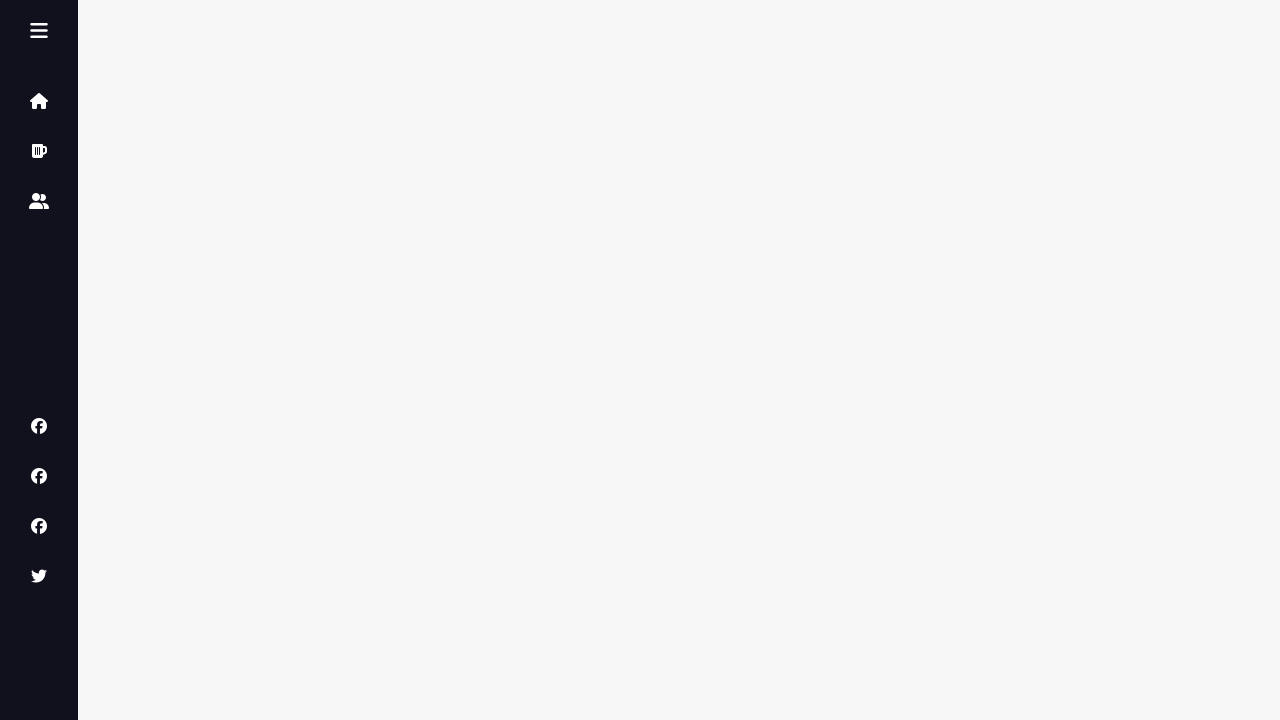
Repository: Nic98/MilkTeaWebsite
Page: mywebsite.html
The author's editor kept a copy of each file at every save. The page is drawn from the files as they stood at one save, then again after a run of saves.
The browser window is 1280 px wide. The pictures show the whole page.
Some web libraries are served in a nearby version.

Above is the page before, as saved 2024-05-28 23:06:13.

### mywebsite.html
<!DOCTYPE html>
<html lang="en">
<head>
  <meta charset="UTF-8">
  <meta name="viewport" content="width=device-width, initial-scale=1.0">
  <link rel="stylesheet" href="mywebsite.css">
  <script src="https://kit.fontawesome.com/2dbcf482c2.js" crossorigin="anonymous"></script>
  <!-- <script src="/sidebar.js"></script> -->
  <title>ComeBuyBooze</title>

</head>
<body>

  <!-- sidebar implementation -->
  <div class="sidebar workspace--flexchild1">
    <div class="logo_content">
        <div class="logo">
            <dive class="logo_name"> ComeBuyBooze </dive>
            <i class="fas fa-bars" id="btn"></i>
        </div>
    </div>

    <ul class="nav_list">
        <li>
            <a href="#">
                <i class="fas fa-home"></i>
                <span class="links_name">ComeBack</span>
            </a>
            <span class = "tooltip">ComeBack</span>
        </li>

        <li>
            <a href="#">
              <i class="fa-solid fa-beer-mug-empty"></i>
                <span class="links_name">Boozz</span>
            </a>
            <span class = "tooltip">Boozz</span>
        </li>

        <li>
          <a href="#">
              <i class="fas fa-user-friends"></i>
              <span class="links_name">Contact us</span>
          </a>
          <span class = "tooltip">Contacts us</span>
      </li>
    </ul>

    <ul class="contact_list">
      <li>
        <a href="#">
          <i class="fa-brands fa-facebook"></i>
        </a>
      </li>
      <li>
        <a href="#">
          <i class="fa-brands fa-facebook"></i>
        </a>
      </li>
      <li>
        <a href="#">
          <i class="fa-brands fa-facebook"></i>
        </a>
      </li>
      <li>
        <a href="#">
          <i class="fa-brands fa-twitter"></i>
        </a>
      </li>
    </ul>



</div>














  <script>
    let btn = document.querySelector("#btn");
    let sidebar = document.querySelector(".sidebar");

    btn.onclick = function() {
        sidebar.classList.toggle("active");
    }
  </script>
</body>
</html>

### mywebsite.css
@import url('https://fonts.googleapis.com/css2?family=Poppins:wght@200;300;400;500;600;700&display=swap');

body{
    margin: 0;
    font-family: "Poppins", sans-serif;
}

.flexbox{
    display: flex;
}

.columnflex{
    display: flex;
    flex-direction: column;
    justify-content: center;
}

#btn{
    cursor: pointer;
}

.btn--line{
    border: solid;
    border-width: 1px;
    color: white;
    background: none;
    border-radius: 50px;
    padding: 10px;
    padding-left: 20px;
    padding-right:20px;
    font-size: 18px;
    cursor: pointer;
}

.btn--solid{
    border: solid;
    border-width: 1px;
    border-radius: 50px;
    padding: 10px;
    padding-left: 20px;
    padding-right: 20px;
    font-size: 18px;
    cursor: pointer;
}

.btn--noborder{
    border: none;
    background: none;
}

.font--title{
    font-size: 30px;
}

.font--bold{
    font-weight: bolder;
}

.font--largrsize{
    font-size: 18px;
}

.login--input{
    border: solid 1px gray;
    font-size: 14px;
    padding: 8px;
    padding-left: 14px;
    width: 100%;
    border-radius: 50px;
    margin-top: 20px;
    box-sizing: border-box;
    box-shadow: 1px 1px 1px gray;
}

.btn--solid>*{
    text-decoration: none;
    color: white;
}

.btn--solid>*:hover{
    color: white;
    transition-duration: 0.5s;
}

:root{
  --lightgray: #F7F7F7;
  --darkblue: #032444;
}

*{
  margin:0;
  padding:0;
  box-sizing: border-box;
}

body {
  background-color: #F7F7F7;
  position: relative;
  min-height: 100vh;
  width: 100%;
  overflow:hidden;
}

/* sidebar */

.nav_list {
  padding-inline-start: 0%;
  list-style-type: none;
}

.sidebar {
  height:100%;
  position:absolute;
  top:0;
  left:0;
  width:78px;
  background-color: #11101d;
  padding:6px 14px;
  transition: all 0.5s ease;
}

.sidebar.active{
  width:240px;
}

.sidebar .logo_content .logo {
  color: #fff;
  display: flex;
  height: 50px;
  width: 100%;
  align-items: center;
  transition: all 0.5s ease;

}

.logo_content .logo i {
  font-size: 28px;
  margin-right: 5px;
}

.logo_content .logo .logo_name {
  font-size: 20px;
  font-weight: 400;
}

.sidebar #btn {
  color: #fff;
  position:absolute;
  left: 50%;
  top:6px;
  font-size: 20px;
  height:50px;
  width:50px;
  text-align: center;
  line-height: 50px;
  transform: translateX(-50%);
}

.sidebar.active #btn{
  left: 90%;
}

.sidebar ul {
  margin-top: 20px;

}
.sidebar ul li {
  list-style: none;
  height: 50px;
  width:100%;
  position:relative;
  margin: 0 0px;
  line-height: 50px;
}

.sidebar ul li .tooltip{
  position: absolute;
  left:122px;
  top:10%;
  transform: translate(-50%, -50%);
  text-align: center;
  border-radius: 6px;
  height:35px;
  width:122px;
  background: #fff;
  line-height: 35px;
  box-shadow: 0 5px 10px rgba(0,0,0,0.2);
  transition:0s;
  opacity: 0;
  pointer-events: none;
  z-index: 3000 !important;
}

.sidebar.active ul li .tooltip {
  display:none;
}

.sidebar ul li:hover .tooltip{
  transition: all 0.5s ease;
  opacity: 1;
  top:50%;
  z-index: 3;
}

.sidebar .nav_list li a {
  color: #fff;
  display: flex;
  align-items: center;
  text-decoration: none;
  transition: all 0.4s ease;
  border-radius: 6px;
  height:100%;
  white-space: nowrap;
}

.sidebar .nav_list li a:hover {
  color: #11101d;
  background: #fff;
  padding: 5px;
}

.sidebar .nav_list li i {
  height:50px;
  min-width: 50px;
  border-radius: 12px;
  line-height: 50px;
  text-align: center;
}

.sidebar .links_name{
  opacity: 0;
  pointer-events: none;
  transition: all 0.5s ease;
}

.sidebar.active .links_name {
  opacity: 1;
  pointer-events: auto;
}

.sidebar .logo_name {
  opacity: 0;
  pointer-events: none;
}

.sidebar.active .logo_name {
  opacity: 1;
  pointer-events: auto;
}

/* contact list */

/* .contact_list .links_name{
  opacity: 0;
  pointer-events: none;
  transition: all 0.5s ease;
}

.contact_list.active .links_name {
  opacity: 1;
  pointer-events: auto;
} */

.contact_list {
  padding-top: 250%;
  position: relative;
  top: 30px;
  padding-inline-start: 0%;
  list-style-type: none;
}

.contact_list li i {
  height:50px;
  min-width: 50px;
  line-height: 50px;
  border-radius: 12px;
  text-align: center;
}

.contact_list li a:hover {
  color: #11101d;
  background: #fff;
  /* padding-left:12px; */
}

.contact_list li a {
  color: #fff;
  overflow: hidden;
  position: relative;
  display:block;
  width: 40px;
  height: 40px;
  text-align: center;
  line-height: 5px;
  border-radius: 50%;
  transition: all 0.4s ease;
  white-space: nowrap;
  z-index: 1;
}

.sidebar.active .contact_list li i {
  height:50px;
  min-width: 50px;
  border-radius: 12px;
  line-height: 50px;
  text-align: center;
}

.sidebar.active .contact_list li a:hover {
  color: #11101d;
  background: #fff;
}









































/* .home_content {

  position: absolute;
  height: 100%;
  width: calc(100% - 78px);
  left:78px;
  transition: all 0.5s ease;

}

.home_content .text {
  font-size: 25px;
  font-weight: 500;
  color: #1d1b31;
  margin:12px;
}

.sidebar.active ~ .home_content {
  width: calc(100% - 240px);
  left:240px
} */



/* header

.workspaceheader--container{
  width: 100%;
  height: 50px;
  background-color: white;
  justify-content: space-between;
  padding-left: 18px;
  padding-right: 18px;
  box-shadow: 3px 3px 3px lightgray;



}

.searchbar--container{
  height: inherit;
  width: 40%;
  flex-direction: column;
  justify-content:center;
}

.searchbar--container>*{
  margin: 0;
}

.seachbar{
  max-width: 400px;
  padding: 4px;
  padding-left: 18px;
  box-shadow: none;
  border: solid 1px var(--lightgray);
  background: #FBFBFB;
}

.settingbar--container>*+*{
  margin-left: 16px;
}

.profilepic{
  height: 44px;
  width: 44px;
  border: solid 1px lightgray;
  border-radius: 50%;

}

.fa-moon, .fa-cog, .fa-bell{
  font-size: large;
}

.font--headerrole{
  font-size: small;

}

.headerName{
  margin-left: 22px;
}

.headerrole--container{
  flex-direction: row-reverse;
  justify-content: center;
}

.headerrole--container>*{
  margin: 0 !important;
  color: black;
}

.content-container{

  max-height: 100%;
  padding: 20px;

  width: 100%;
  overflow-y: scroll !important;

}

.content-container>*{
  z-index: 0;
} */

After the next 2 saves:
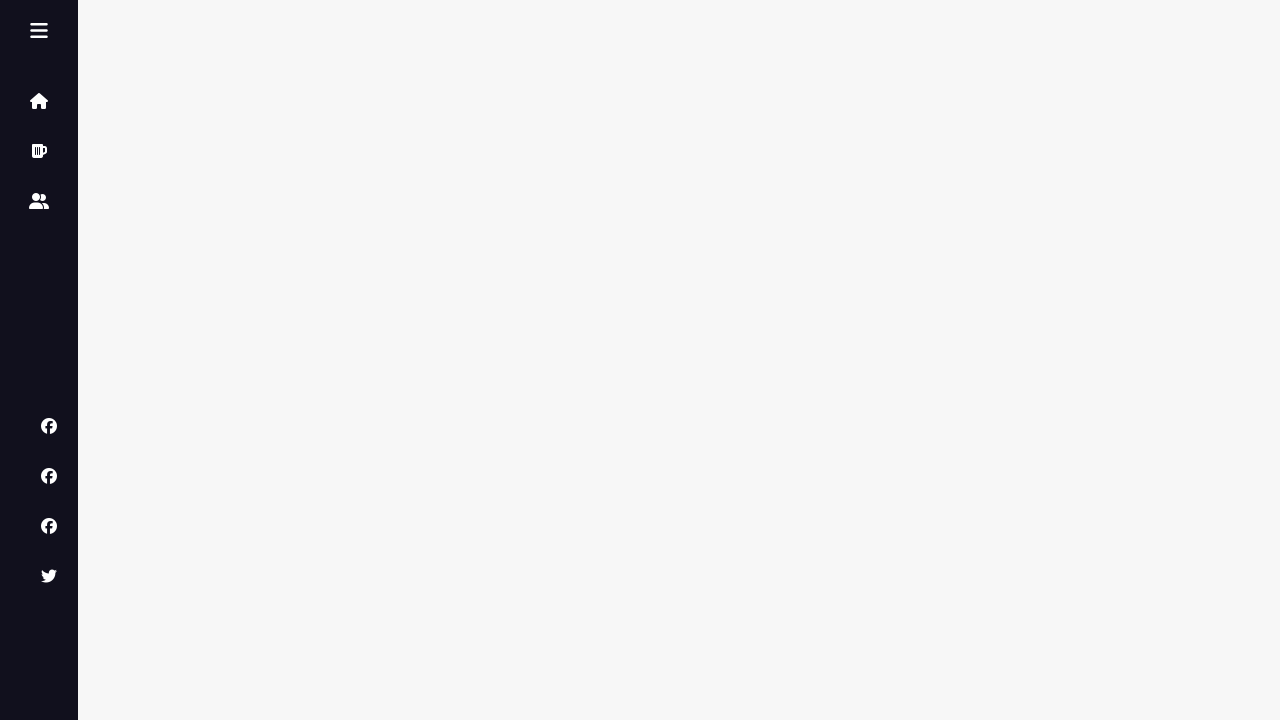
The 2 saves are shown as one change because they came seconds apart.
The last was saved 13 s later.
--- a/mywebsite.css
+++ b/mywebsite.css
@@ -285,6 +285,7 @@
 
 .contact_list li a {
   color: #fff;
+  margin: 0 10px;
   overflow: hidden;
   position: relative;
   display:block;

After the save that followed:
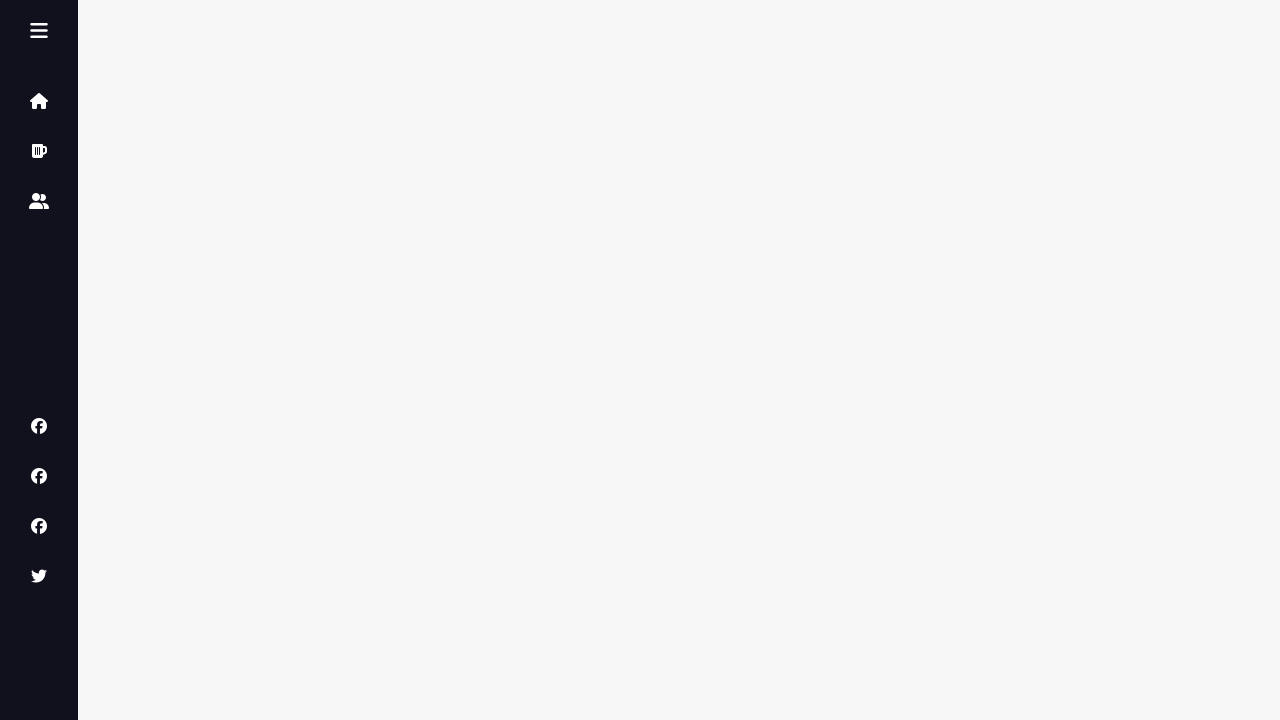
Saved 6 s later.
--- a/mywebsite.css
+++ b/mywebsite.css
@@ -285,7 +285,6 @@
 
 .contact_list li a {
   color: #fff;
-  margin: 0 10px;
   overflow: hidden;
   position: relative;
   display:block;
